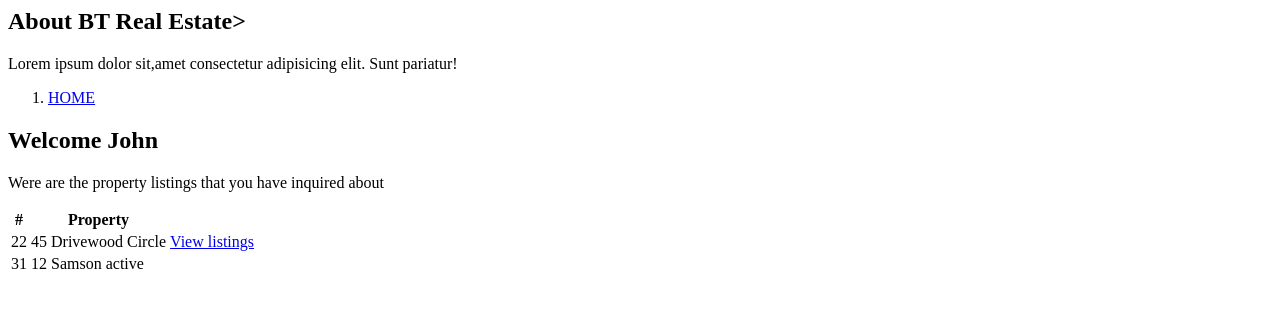
Repository: florin7755/BTRE_PROJECT
Page: http://localhost/accounts/dashboard
The author's editor kept a copy of each file at every save. The page is drawn from the files as they stood at one save, then again after the next save.
The browser window is 1280 px wide. The pictures show the whole page.
The page is served by the project's application, run on Django 4.2 (manage.py).

Above is the page before, as saved 2023-06-27 21:05:16.

After the next save:
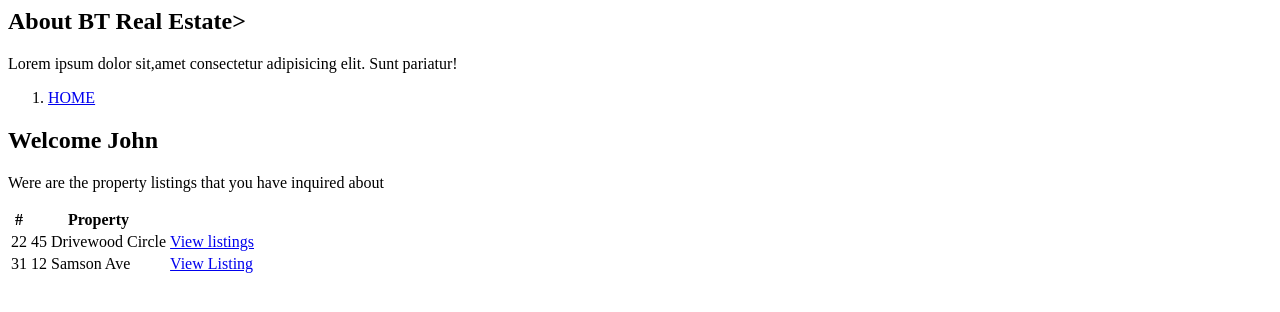
Saved 3 min 11 s later.
--- a/templates/accounts/dashboard.html
+++ b/templates/accounts/dashboard.html
@@ -54,5 +54,15 @@
                             </tr>
                             <tr>
                                 <td>31</td>
-                                <td>12 Samson active
+                                <td>12 Samson Ave
                                 </td>
+                                <td>
+                                    <a class='btn btn-light' href='#'>View Listing</a>
+                                </td>
+                            </tr>
+                        </tbody>
+                    </table>
+                </div>
+            </div>
+        </div>
+    </section>
